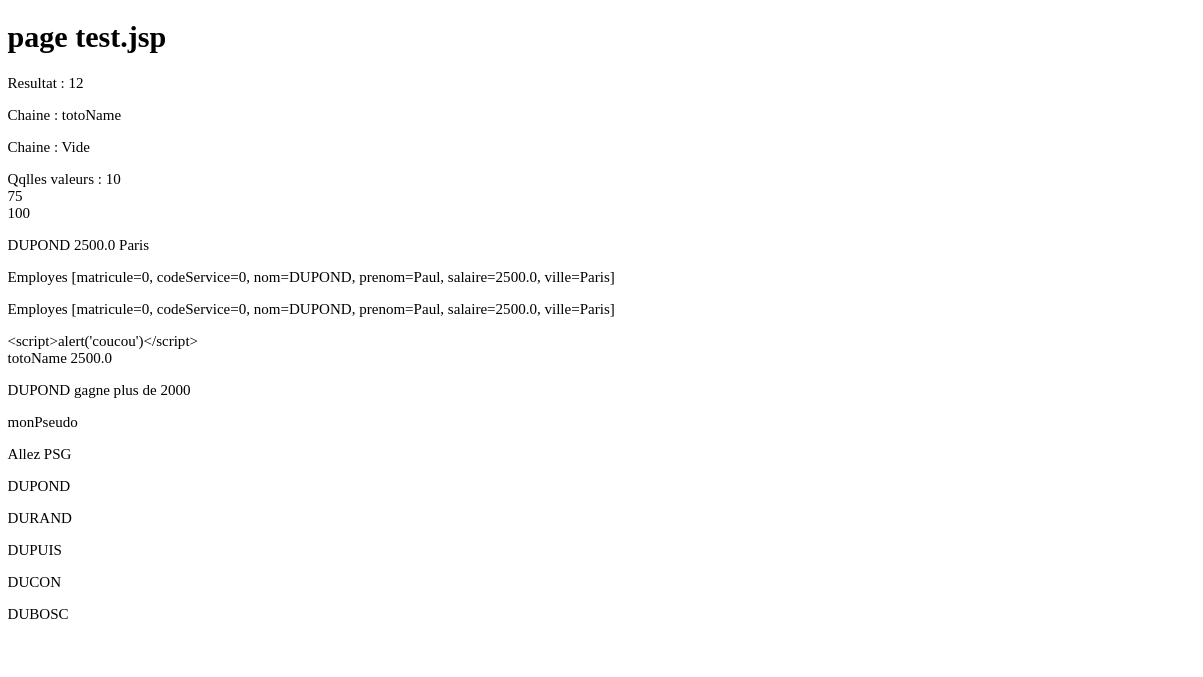
Repository: Moana007/javaee-workspace
Page: http://localhost/Site_cours/test
The author's editor kept a copy of each file at every save. The page is drawn from the files as they stood at one save, then again after the next save.
The browser window is 1280 px wide. The pictures show the whole page, at 94% of full size.
The page is served by Tomcat 9.

Above is the page before, as saved 2019-01-28 16:29:22.

After the next save:
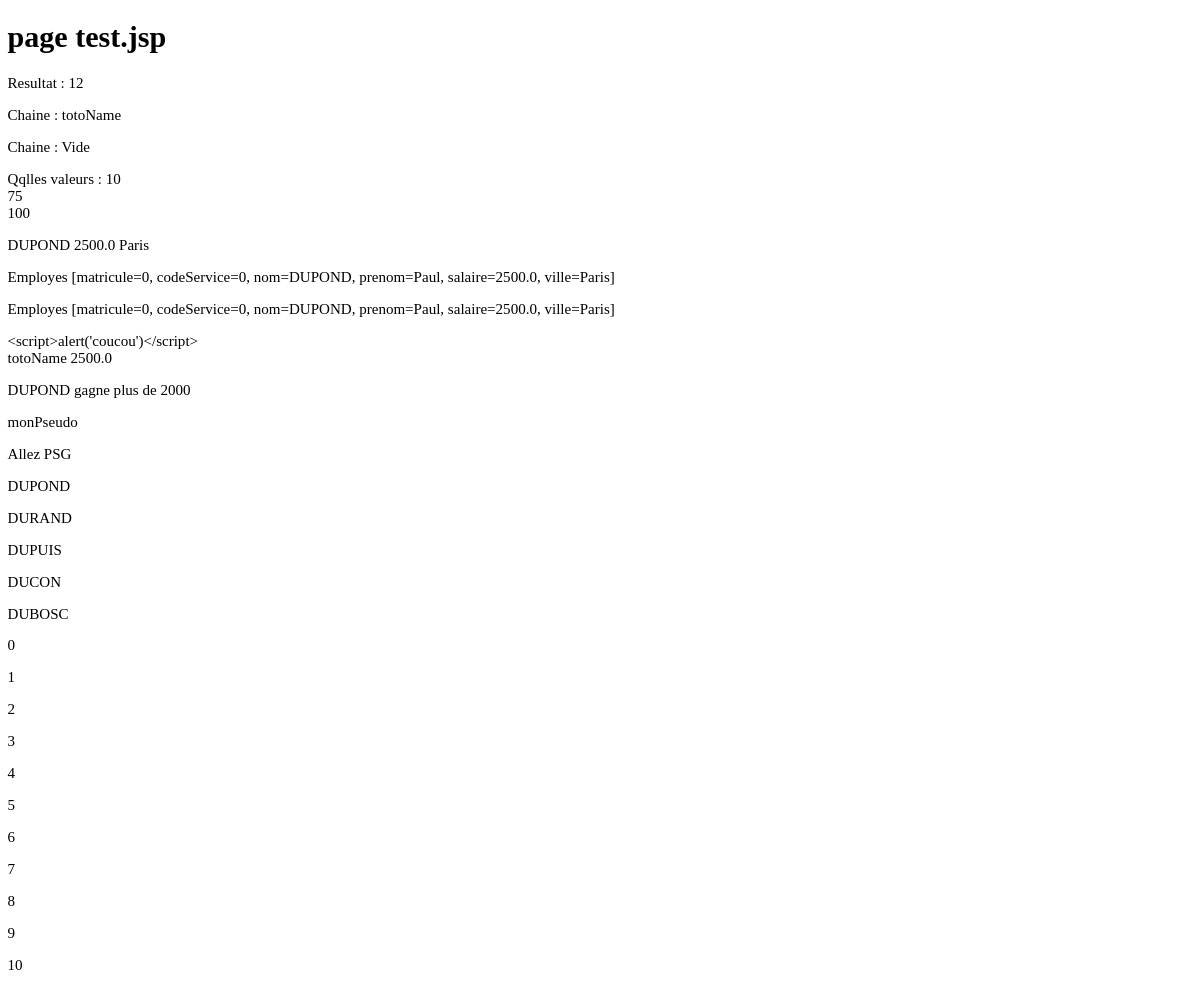
Saved 16 h 24 min later.
--- a/Site_cours/WebContent/WEB-INF/test.jsp
+++ b/Site_cours/WebContent/WEB-INF/test.jsp
@@ -52,6 +52,10 @@
 		<p><c:out value="${ unEmp.nom }" /></p>
 	</c:forEach>
 
+	<c:forEach begin="0" end="10" step="1" var="i">
+		<p><c:out value="${i}"/></p>
+	</c:forEach>
+
 
 
 
